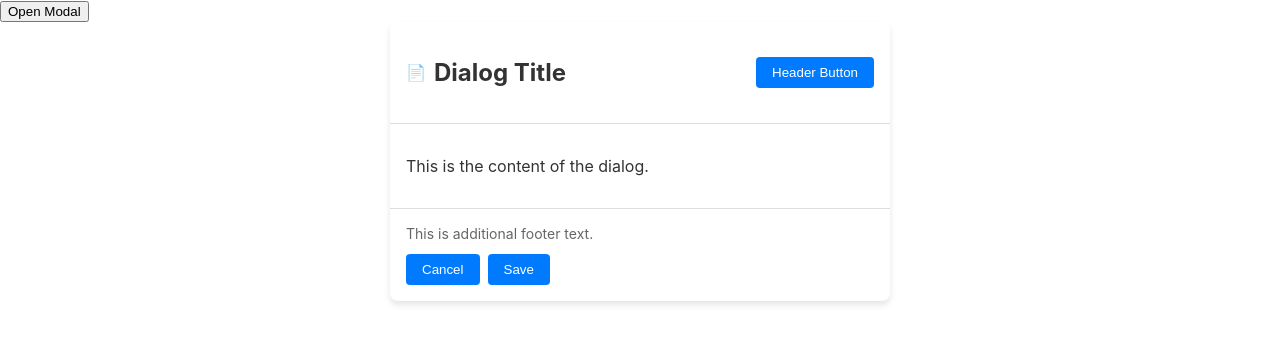
Repository: OliverKostic/dialog-app
Page: /, after clicking the first element matching `button`
The author's editor kept a copy of each file at every save. The page is drawn from the files as they stood at one save, then again after the next save.
The browser window is 1280 px wide. The pictures show the whole page.
The project was rebuilt for these pictures with package versions that can differ from the ones it lists, and the page was loaded fresh each time.

Above is the page before, as saved 2024-11-28 12:07:30.

After the next save:
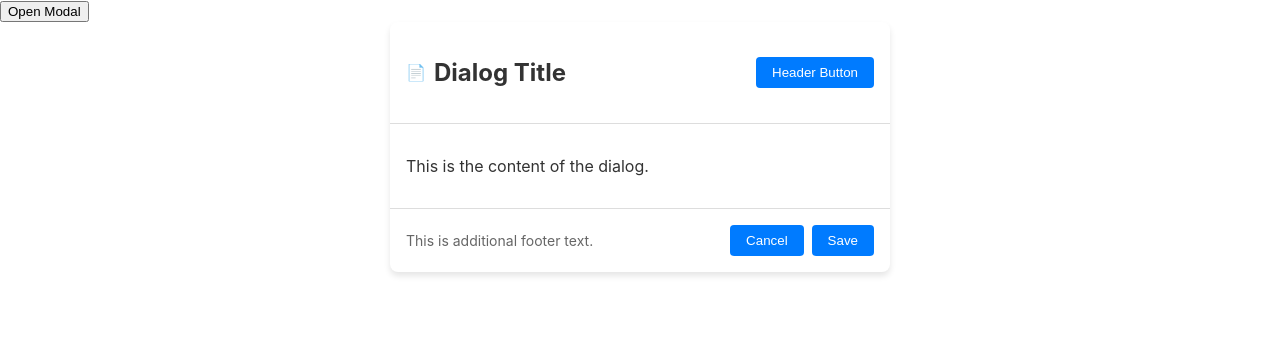
Saved 10 s later.
--- a/src/components/Modal/Modal.module.scss
+++ b/src/components/Modal/Modal.module.scss
@@ -48,16 +48,15 @@ $text-color: #333;
 // Footer
 .footer {
     display: flex;
-    flex-direction: column; /* Stack the description and buttons */
-    align-items: flex-start;
-    gap: 8px; /* Space between description and buttons */
+    justify-content: space-between; /* Align description on the left and buttons on the right */
+    align-items: center; /* Center the text and buttons vertically */
     padding: 16px;
     border-top: 1px solid #ddd;
 
     .description {
       font-size: 14px;
       color: #666; /* Optional: Add a lighter color for distinction */
-      margin-bottom: 4px; /* Space between description and buttons */
+      margin-right: 16px; /* Space between the description and buttons */
     }
 
     .buttons {
